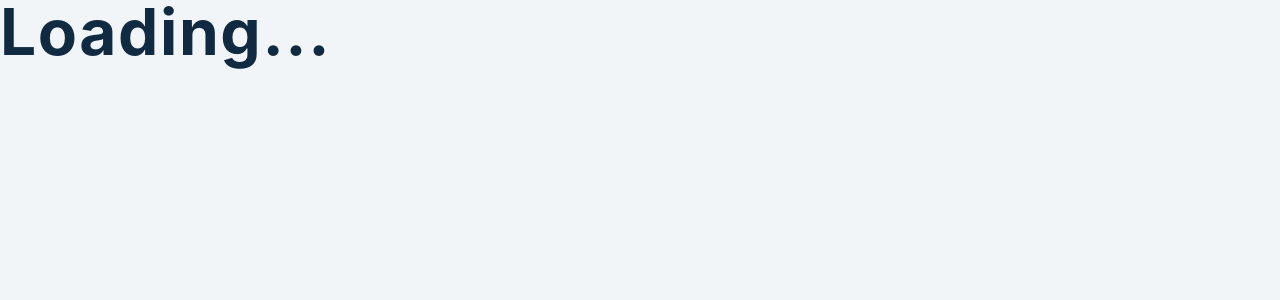
Repository: davidaloba/tabs
Page: /
An editor plug-in stored every save of this project. The page is shown before and after the next save, followed by the edit.
The browser window is 1280 px wide. The pictures show the whole page.
The page's requests for data from a server got no answer. The project was rebuilt for these pictures with package versions that can differ from the ones it lists, and the page was loaded fresh each time. No one was signed in, and anything a server would have sent is missing.

Above is the page before, as saved 2021-10-22 13:29:31.

### src/App.js
import React, { useState, useEffect } from "react";
import { FaAngleDoubleRight } from "react-icons/fa";
const url = "https://course-api.com/react-tabs-project";

function App() {
  const [loading, setLoading] = useState(true);
  const [jobs, setJobs] = useState([]);
  const [value, setValue] = useState(0);

  const fetchJobs = async () => {
    const response = await fetch(url);
    const newJobs = await response.json();
    setJobs(newJobs);
    setLoading(false);
  };

  useEffect(() => {
    fetchJobs();
  }, []);

  if (loading) {
    return (
      <section className="section-loading">
        <h1>loading...</h1>
      </section>
    );
  }
  const { company, dates, duties, title } = jobs[value];
  return (
    <section className="section">
      <div className="title">
        <h2>experience</h2>
        <div className="underline"></div>
      </div>
      <div className="jobs-center">
        {/*btn container*/}
        <div className="btn-container">
          {jobs.map((item, index) => {
            return (
              <button
                key={item.id}
                onClick={() => setValue(index)}
                className={`job-btn $(index === value && 'active-btn')`}
              >
                {item.company}
              </button>
            );
          })}
        </div>
        {/*job info*/}
        <article className="job-info">
          <h3>{title}</h3>
          <h4>{company}</h4>
          <p className="date">{dates}</p>
          {duties.map((duty, index) => {
            return (
              <div key={index} className="job-desc">
                <FaAngleDoubleRight className="job-icon"></FaAngleDoubleRight>
                <p>{duty}</p>
              </div>
            );
          })}
        </article>
      </div>
    </section>
  );
}

export default App;

Loaded but not shown: public/index.html (common file); src/index.js (common file); src/index.css (common file)

After the next save:
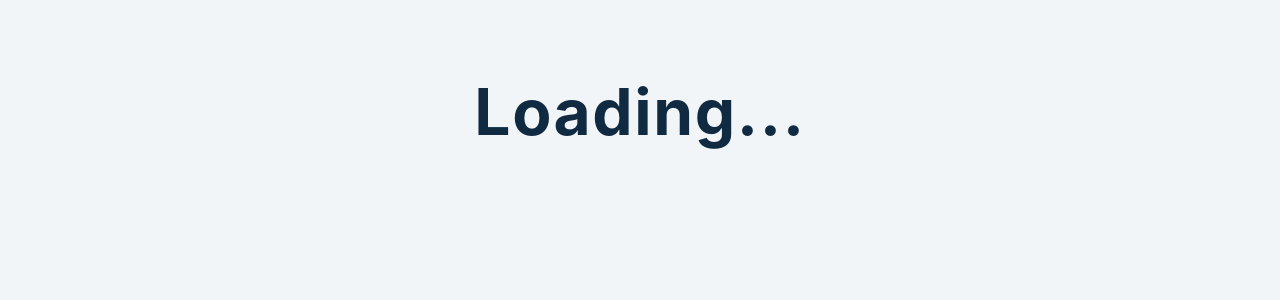
Saved 5 min 48 s later.
--- a/src/App.js
+++ b/src/App.js
@@ -20,7 +20,7 @@ function App() {
 
   if (loading) {
     return (
-      <section className="section-loading">
+      <section className="section loading">
         <h1>loading...</h1>
       </section>
     );
@@ -40,7 +40,7 @@ function App() {
               <button
                 key={item.id}
                 onClick={() => setValue(index)}
-                className={`job-btn $(index === value && 'active-btn')`}
+                className={`job-btn ${index === value && "active-btn"}`}
               >
                 {item.company}
               </button>
